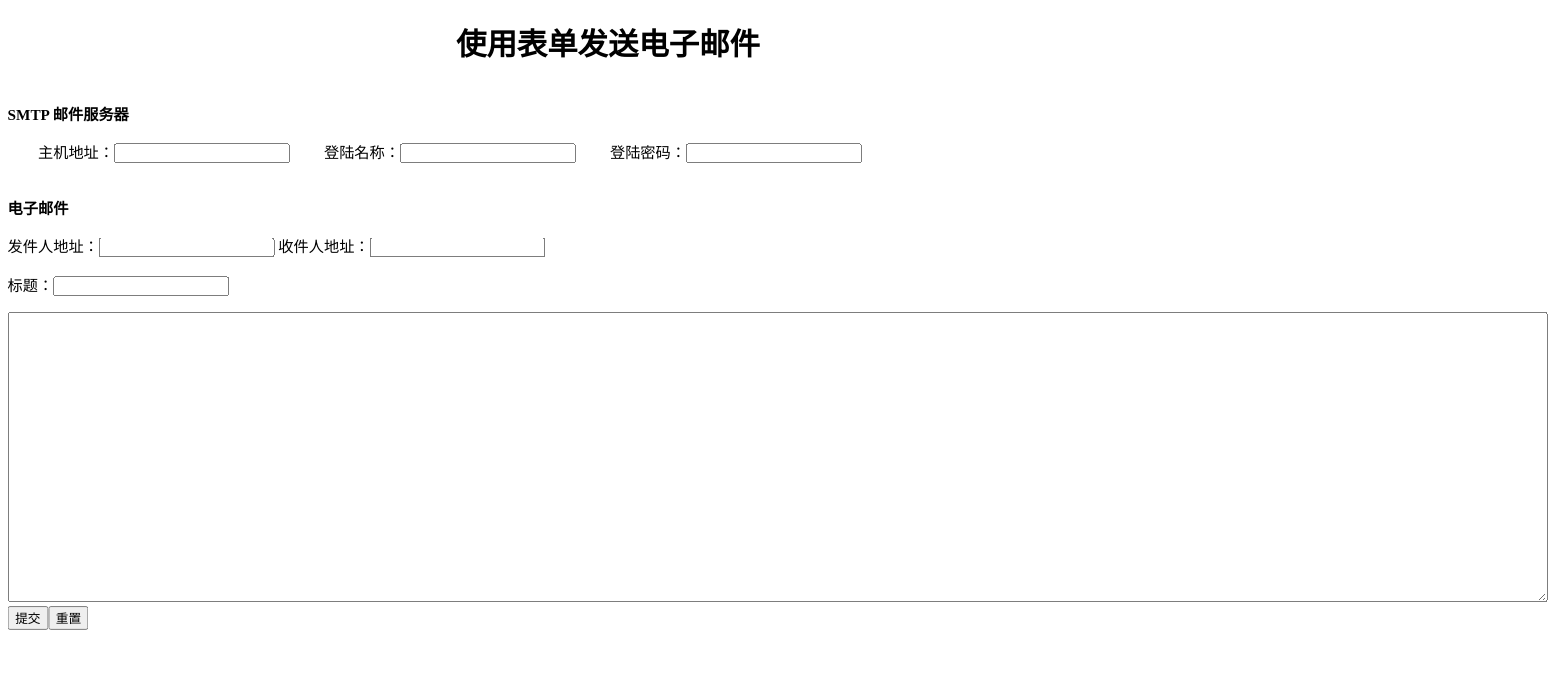
Repository: eterinfi/java
Page: jee/JSPDemo/WebContent/sendemail.html
The author's editor kept a copy of each file at every save. The page is drawn from the files as they stood at one save, then again after the next save.
The browser window is 1280 px wide. The page is 1635 px wide, then 1280 px, so the pictures cover 1635 px, including what lies to the right of the window. The pictures show the whole page, at 95% of full size.

Above is the page before, as saved 2016-11-15 10:51:04.

### jee/JSPDemo/WebContent/sendemail.html
<!DOCTYPE html>
<html>
<head>
  <meta charset="UTF-8">
  <title>使用表单发送电子邮件</title>
</head>
<body>
  <h1 align="center">使用表单发送电子邮件</h1>
  <br />
  <form action="SendSubmittedEmail.jsp" method="POST">
    <label><strong>SMTP 邮件服务器</strong></label>
    <p>
      <span>　　主机地址：<input type="text" name="host" /></span>
      <span>　　登陆名称：<input type="text" name="user" /></span>
      <span>　　登陆密码：<input type="password" name="password" /></span>
    </p>
    <br />
    <label><strong>电子邮件</strong></label>
    <p>
      <span>    发件人地址：<input type="text" name="from" /></span>
      <span>    收件人地址：<input type="text" name="to" /></span>
    </p>
    <p>    标题：<input type="text" name="subject" /></p>
    <textarea name="body" cols="200" rows="20" placeholder="正文....">
    </textarea>
    <button type="submit">提交</button><button type="reset">重置</button>
  </form>
</body>
</html>

After the next save:
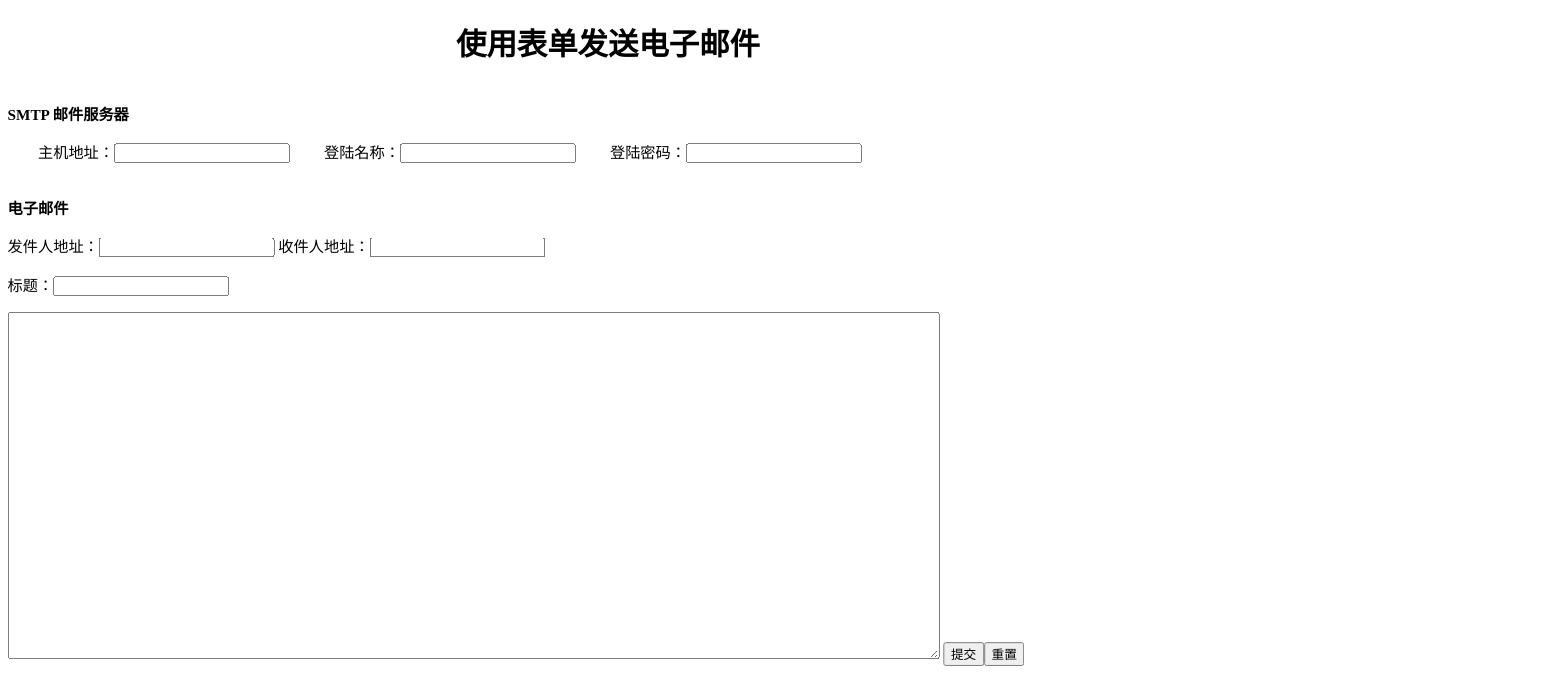
Saved 59 s later.
--- a/jee/JSPDemo/WebContent/sendemail.html
+++ b/jee/JSPDemo/WebContent/sendemail.html
@@ -21,7 +21,7 @@
       <span>    收件人地址：<input type="text" name="to" /></span>
     </p>
     <p>    标题：<input type="text" name="subject" /></p>
-    <textarea name="body" cols="200" rows="20" placeholder="正文....">
+    <textarea name="body" cols="120" rows="24" placeholder="正文....">
     </textarea>
     <button type="submit">提交</button><button type="reset">重置</button>
   </form>
